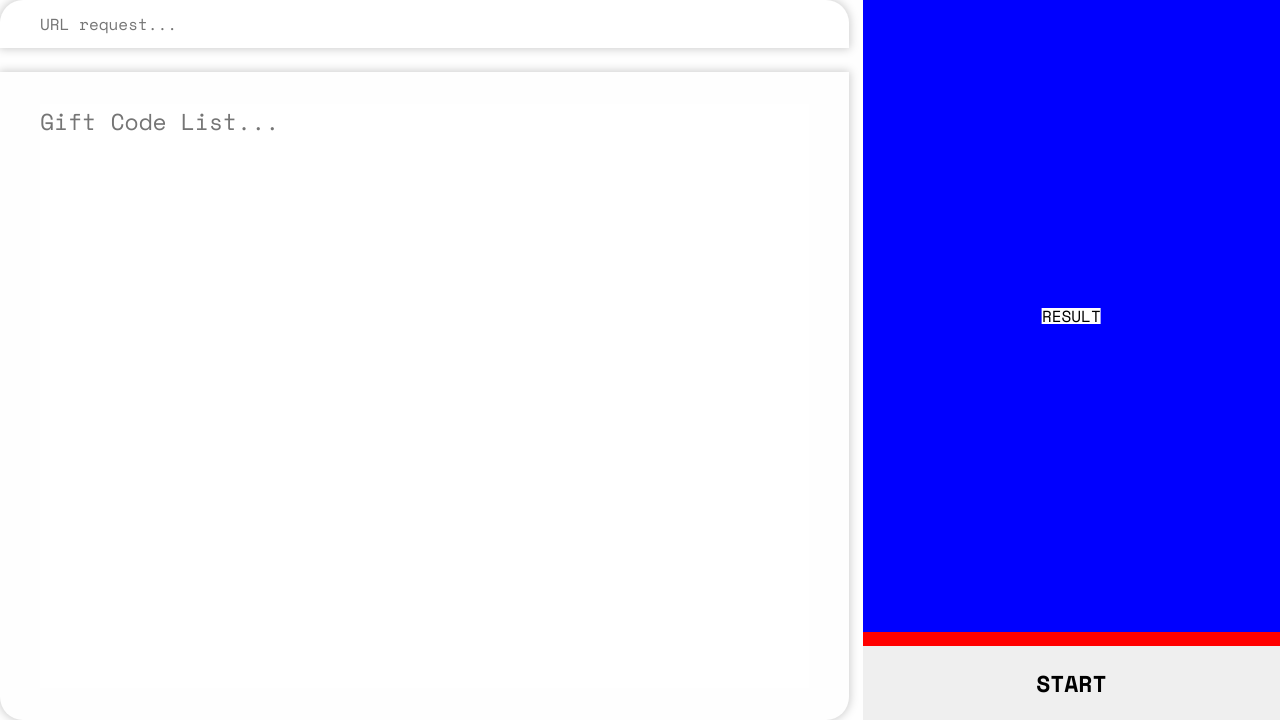
Repository: 777hanh777hanh/test
Page: index.html
The author's editor kept a copy of each file at every save. The page is drawn from the files as they stood at one save, then again after the next save.
The browser window is 1280 px wide. The pictures show the whole page.

Above is the page before, as saved 2023-06-30 17:36:26.

After the next save:
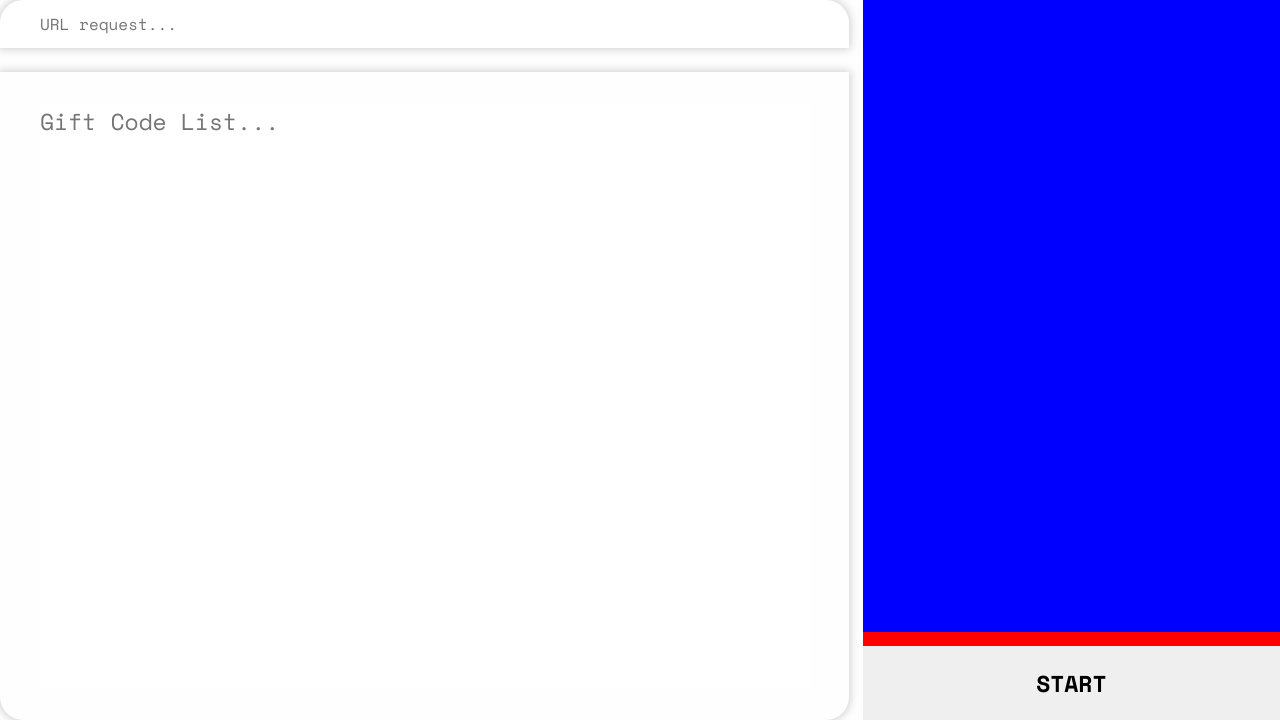
Saved 15 s later.
--- a/assets/css/style.css
+++ b/assets/css/style.css
@@ -102,7 +102,7 @@ html *::-webkit-scrollbar-track {
     content: 'Result';
     text-transform: uppercase;
     z-index: 1;
-    transform: translate(-50%, -50%);
+    transform: translate(-50%, -50%) rotateX(90deg);
     background: #fff;
 }
 

After the save that followed:
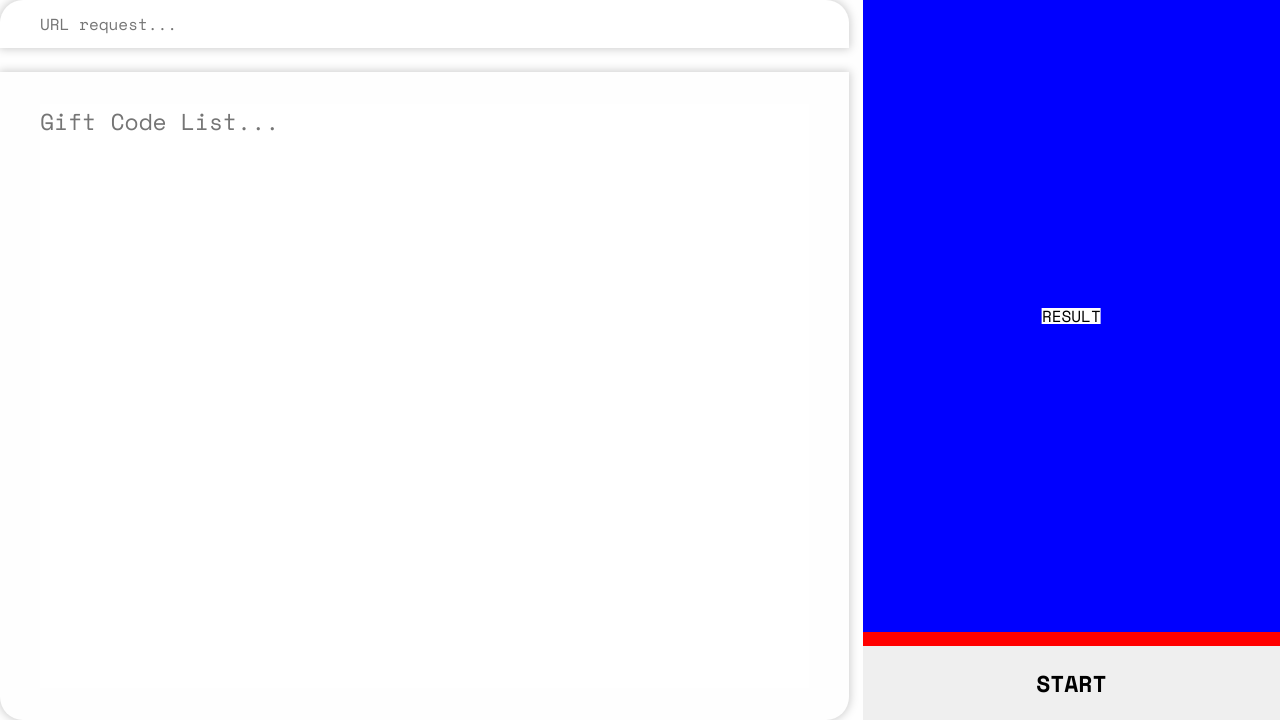
Saved 28 s later.
--- a/assets/css/style.css
+++ b/assets/css/style.css
@@ -102,7 +102,7 @@ html *::-webkit-scrollbar-track {
     content: 'Result';
     text-transform: uppercase;
     z-index: 1;
-    transform: translate(-50%, -50%) rotateX(90deg);
+    transform: translate(-50%, -50%);
     background: #fff;
 }
 
